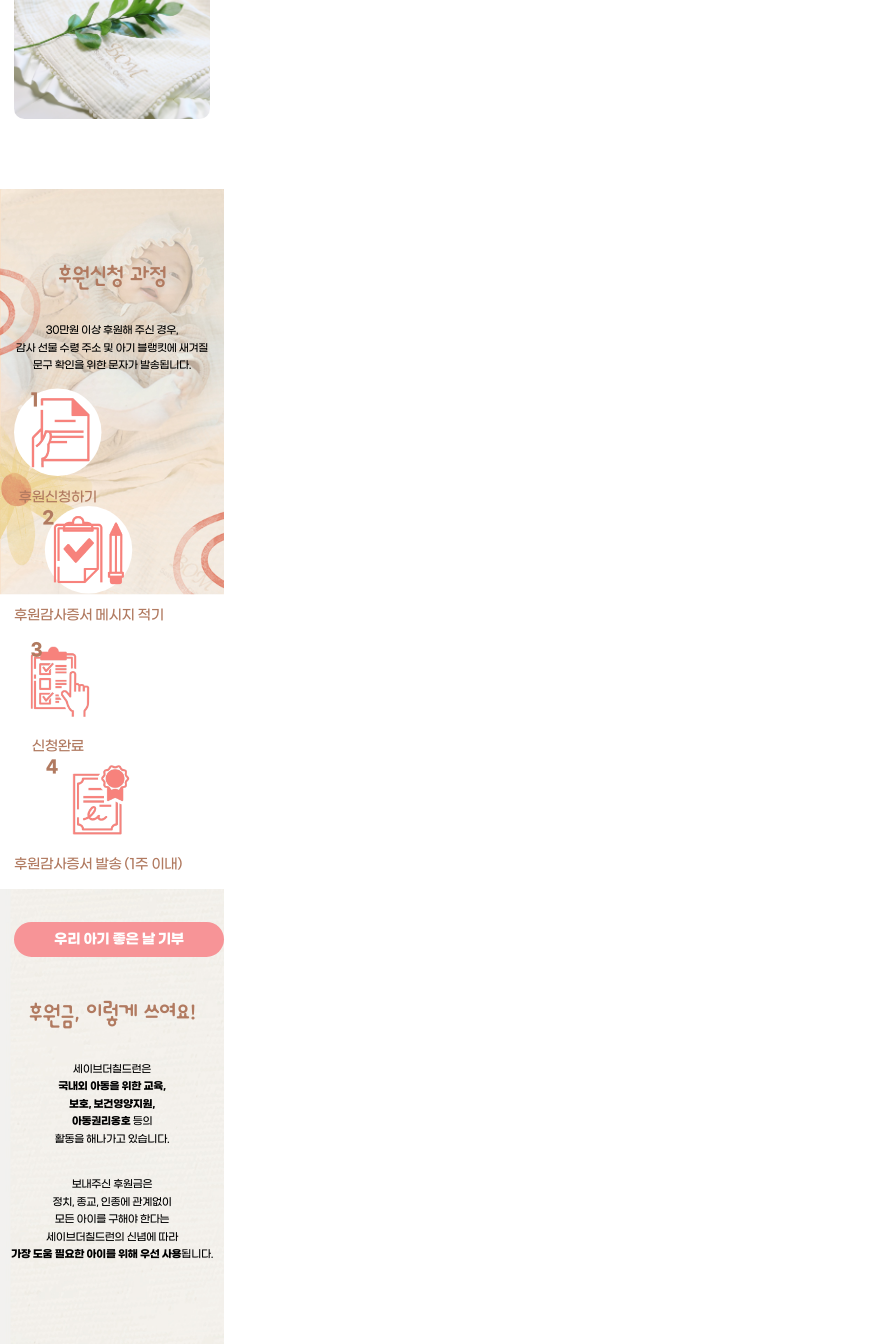
Repository: dlgywls1130/save_the_m320
Page: index.html
The author's editor kept a copy of each file at every save. The page is drawn from the files as they stood at one save, then again after the next save.
The browser window is 1280 px wide. The pictures show the part of the page from y = 4050 to 5970 px (the page is 7620 px tall), at 70% of full size.

Above is the page before, as saved 2023-12-21 01:25:32.

### index.html
<!DOCTYPE html>
<html lang="en">
<head>
    <meta charset="UTF-8">
    <meta name="viewport" content="width=device-width, initial-scale=1.0">
    <title>세이브더칠드런</title>

    <link rel="stylesheet" href="./css/reset.css">
    <link rel="stylesheet" href="./css/style.css">

</head>
<body>
    <div class="content_body">
        <section class="section_wrapper section01">
            <div class="se01 se_wrapper">
                <div class="seo01_mobile_wrapp">
                    <div class="se01_sub">
                        <div class="sub_logo">
                            <img src="./img/logo01.png" alt="logo">
                        </div>
                        <p>우리 아기 좋은 날 기부</p>
                    </div>
                    <p class="seo01_title">
                        아가야,
                    </p>
                    <p class="seo01_title_two">
                        너의 <span id="rollingText">탄생</span> 순간을 축하해!
                    </p>
                </div>
                <div class="seo01_mobile_wrapp_bottom">
                    <p class="section_descript mb-45">
                        아이의 건강과 행복을
                        <br>바라는 마음을 담아,
                        <br>탄생, 백일, 첫 걸음마, 첫돌 등
                        <br>내 아이의 소중한 순간을
                        <br>기부로 기념해보세요.
                        <br>함께 자라나는 다른 아이들
                        <br>에게도 큰 축복이 됩니다..
                    </p>

                    <a class="donation_link" href="javascript:void(0)">우리 아기 좋은 날 기부</a>
                </div>

            </div>
        </section>
        <section class="section_wrapper section02">
            <div class="se02 se_wrapper">
                <div class="postit_wrapper">
                    <div class="postit postit01">
                        <p>우리 아들 우현이의<br>
                        200일을 축하해.<br>
                        <span>건강하게 자라줘서 고마워 <img src="./img/heart.png"></span>
                        늘 사랑받고 받은 사랑만큼<br>
                        베풀 수 있는 건강하고<br>
                        멋진 아들이 되길 바래!</p>
                    </div>
                    <div class="postit postit02">
                        <p>우리 새로아<Br>
                        백일 동안 무럭무럭 자라줘서<Br>
                        고마워~앞으로도 건강하고<Br>
                        우리 같이 재미있게 많이 놀자.<Br>
                        엄마,아빠가 많이 사랑해.</p>
                    </div>

                    <div class="postit postit05">
                        <p>사랑하는 도현이의<br>
                        첫 어린이날과 첫돌을<br>
                        기념하며, <br>
                        이웃을 사랑하는<br>
                        멋진 사람으로 자라길</p>

                    </div>
                    <!-- <div class="postit postit04">
                        <p>보미야<br>
                        첫 번째 생일 축하해<br>
                        너의 존재가 온 세상에<br>
                        봄이길 바랄게!   </p>
                    </div> -->

                    <!-- <div class="postit postit03">
                        <p>서진아<br>
                        우리에게 와줘서 고마워<br>
                        건강하고 행복하게 자라렴.<br>
                        사랑해♡      </p>
                    </div> -->

                </div>

            </div>
        </section>
        <section class="section_wrapper section03">
            <div class="se_wrapper se03">
                <div class="se_title_co">
                    아기의 좋은 날을<br> 기념해 주신 모든 분들께
                    <br>후원감사증서를 <br> 보내드립니다.
                </div>
                <div class="se_sub_co">
                    후원감사증서는<Br> 아기에게 남기고 싶은 메시지와 아기의 좋은 날이 담긴 사진을<br> 보관할 수 있도록
                    만들어드립니다.<br> 먼 훗날, 아기가 성장해 읽게 될 날을 그리며 편지를 써보세요.
                </div>
            </div>

        </section>
        <section class="section_wrapper section04">
            <div class="se_wrapper se04">
                <div class="se_title_co">
                    이름 자수 순면거즈블랭킷
                </div>
                <div class="se_sub_co">
                    30만원 이상 후원하신 분들께는<br> 순면 거즈 아기 블랭킷(90*110)에
                    <Br>원하시는 이름(영문)을<br> 예쁘게 수놓아 드립니다.
                </div>

                <div class="se04_slide mt-85">
                    <div class="se04_slide_list">
                        <img src="./img/slide03.jpg">
                    </div>
                    <div class="se04_slide_list">
                        <img src="./img/slide02.jpg">
                    </div>
                    <div class="se04_slide_list">
                        <img src="./img/slide01.jpg">
                    </div>
                </div>
            </div>
        </section>
        <section class="section_wrapper section05">
            <div class="se_wrapper se05">
                <div class="se_title_co">
                    후원신청 과정
                </div>


                <div class="se_sub_co">
                    30만원 이상 후원해 주신 경우,
                    <br>감사 선물 수령 주소 및 아기 블랭킷에 새겨질 문구 확인을 위한 문자가 발송됩니다.
                </div>

                <div class="se_step_list">
                    <div class="se_step">
                        <p class="step_number">1</p>
                        <div class="step_ico">
                            <img src="./img/icon01.png" alt="img">
                        </div>
                        <p class="step_descript">
                            후원신청하기
                        </p>
                    </div>
                    <div class="se_step">
                        <p class="step_number">2</p>
                        <div class="step_ico">
                            <img src="./img/icon02.png" alt="img">
                        </div>
                        <p class="step_descript">
                            후원감사증서
                            메시지 적기
                        </p>
                    </div>
                </div>
                <div class="se_step_list">
                    <div class="se_step">
                        <p class="step_number">3</p>
                        <div class="step_ico">
                            <img src="./img/icon03.png" alt="img">
                        </div>
                        <p class="step_descript">
                            신청완료
                        </p>
                    </div>
                    <div class="se_step">
                        <p class="step_number">4</p>
                        <div class="step_ico">
                            <img src="./img/icon04.png" alt="img">
                        </div>
                        <p class="step_descript">
                            후원감사증서 발송
                            (1주 이내)
                        </p>
                    </div>
                </div>


                <a class="donation_link" href="javascript:void(0)">우리 아기 좋은 날 기부</a>
            </div>

        </section>
        <section class="section_wrapper section06">
            <div class="se_wrapper se06">
                <div class="se_title_co">
                    후원금, 이렇게 쓰여요!
                </div>
                <div class="se_sub_co">
                    세이브더칠드런은 <Br><span>국내외 아동을 위한 교육,
                    <Br>보호, 보건영양지원,<Br> 아동권리옹호</span> 등의<Br> 활동을 해나가고 있습니다.
                </div>
                <div class="se_sub_co">
                    보내주신 후원금은<Br> 정치, 종교, 인종에 관계없이<Br> 모든 아이를 구해야 한다는
                    <Br>세이브더칠드런의 신념에 따라 <Br><span>가장 도움 필요한 아이를 위해 우선 사용</span>됩니다.
                </div>
            </div>

        </section>
        <section class="section_wrapper section07">
            <div class="se_wrapper se07">
                <div class="se_title_co">
                    FAQ
                </div>
                <div class="accordion">
                    <div class="accordion-item">
                        <h3 class="title">
                            <span>1. 30만원 이상 후원했습니다. <br>거즈 순면 블랭킷은 언제 오나요?</span>
                            <img src="./img/top.png">
                        </h3>
                        <p class="paragraph">
                            우리아기 축하기부로 30만원 이상 후원자님들께는 담요에 수놓을 아기 이름과
                            선물 수령 주소 확인을 위한 문자가 발송됩니다.
                            02-6900-4479로 발송되는 문자 속 설문조사에 답해주세요.
                            확인을 완료하신 분들께는 블랭킷 제작을 담당하고 있는 조니 스튜디오에서
                            아기 이름 자수 작업 완료 후 배송해 드립니다.

                        </p>
                    </div>
                    <div class="accordion-item">
                        <h3 class="title">
                            <span>2. 거즈 순면 블랭킷, 안전한 제품인가요?</span>
                            <img src="./img/top.png">
                        </h3>
                        <p class="paragraph">
                            본 블랭킷은 워싱된 3중 거즈로 제작되었으며, KC안전검사를 완료하였습니다.
                            소재 특성상 섬유 조각이 발생할 수 있어 망에 넣지 않고 3번 정도 물빨래 하시는 것을 권장합니다.

                        </p>
                    </div>
                    <div class="accordion-item">
                        <h3 class="title">
                            <span>3. 거즈 순면 블랭킷을 받았는 데 하자가 있어요. <Br>어떻게 해야 하나요? </span>
                            <img src="./img/top.png">
                        </h3>
                        <p class="paragraph">
                            070-4220-4123 (조니스튜디오 CS)로 전화 연락 부탁드립니다. 하자 물품에 대한 교환은 수령일로부터 7일 이내에 조니스튜디오에 연락해주셔야 하며, 이로 인한 후원금 환불은 어렵습니다.
                        </p>
                    </div>
                    <div class="accordion-item">
                        <h3 class="title">
                            <span>4. 후원감사증서에 넣을 수 있는 사진 사이즈는 <Br>얼마인가요?</span>
                            <img src="./img/top.png">
                        </h3>
                        <p class="paragraph">
                            사진 인화 사이즈 5*7 인치에 맞추어서 제작되었습니다.  그보다 작은 사진일 경우, 후원감사증서
                            내부의 주머니에 넣어 보관하실 수도  있습니다.

                        </p>
                    </div>
                </div>
            </div>

        </section>
        <section class="section_wrapper section08">
            <div class="se_wrapper se08">
                <div class="se08_postion">
                    <p class="se08_title">우리 아기 좋은 날 기부</p>
                    <p class="se08_descript">
                        탄생, 백일, 첫 걸음마, 첫돌...
                        <br>소중한 우리 아기의 성장을 기념해 보세요!
                        <br>아기의 좋은 날이 모여 세상의 행복이 됩니다.
                    </p>
                    <a href="javascript:void(0)" class="more_btn">
                        <p>자세히보기</p>
                        <svg xmlns="http://www.w3.org/2000/svg" width="16" height="16" fill="currentColor" class="bi bi-chevron-right" viewBox="0 0 16 16">
                            <path fill-rule="evenodd" d="M4.646 1.646a.5.5 0 0 1 .708 0l6 6a.5.5 0 0 1 0 .708l-6 6a.5.5 0 0 1-.708-.708L10.293 8 4.646 2.354a.5.5 0 0 1 0-.708z"/>
                        </svg>
                    </a>
                </div>

            </div>
        </section>
    </div>

    <script src="https://ajax.googleapis.com/ajax/libs/jquery/1.12.4/jquery.min.js"></script>
    <script src="./js/main.js"></script>
</body>
</html>

### css/reset.css


html, body, div, span, applet, object, iframe,
h1, h2, h3, h4, h5, h6, p, blockquote, pre,
a, abbr, acronym, address, big, cite, code,
del, dfn, em, img, ins, kbd, q, s, samp,
small, strike, strong, sub, sup, tt, var,
b, u, i, center,
dl, dt, dd, ol, ul, li,
fieldset, form, label, legend,
table, caption, tbody, tfoot, thead, tr, th, td,
article, aside, canvas, details, embed,
figure, figcaption, footer, header, hgroup,
menu, nav, output, ruby, section, summary,
time, mark, audio, video {
	margin: 0;
	padding: 0;
	border: 0;
	font-size: 100%;
	font: inherit;
	vertical-align: baseline;
}

article, aside, details, figcaption, figure,
footer, header, hgroup, menu, nav, section {
	display: block;
}
body {
	line-height: 1;
}
ol, ul {
	list-style: none;
}
blockquote, q {
	quotes: none;
}
blockquote:before, blockquote:after,
q:before, q:after {
	content: '';
	content: none;
}
table {
	border-collapse: collapse;
	border-spacing: 0;
}

Loaded but not shown: js/main.js (46 lines, source omitted); css/style.css (648 lines, source omitted)

After the next save:
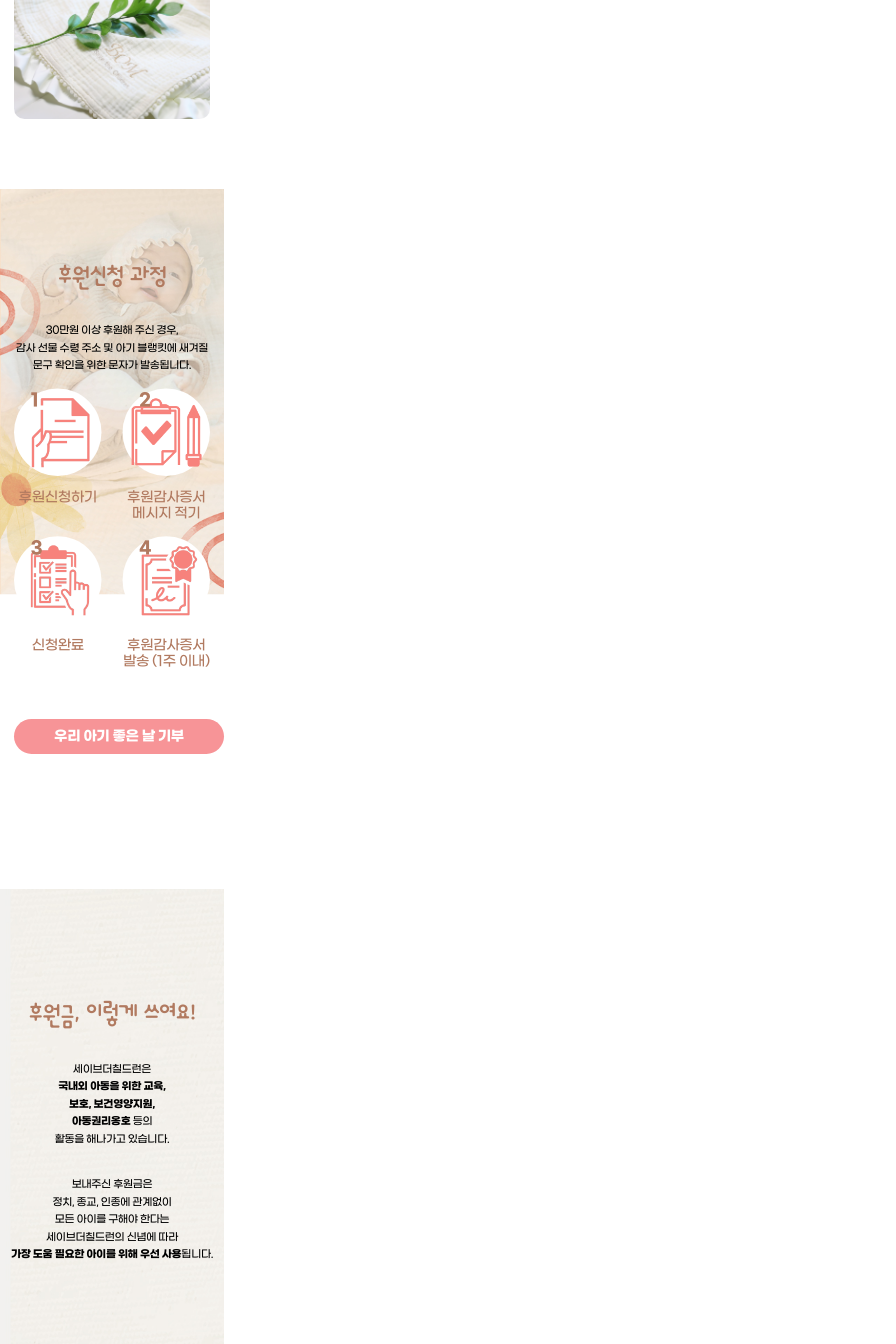
Saved 36 s later.
--- a/index.html
+++ b/index.html
@@ -153,7 +153,7 @@
                         </div>
                         <p class="step_descript">
                             후원감사증서
-                            메시지 적기
+                            <Br>메시지 적기
                         </p>
                     </div>
                 </div>
@@ -173,8 +173,7 @@
                             <img src="./img/icon04.png" alt="img">
                         </div>
                         <p class="step_descript">
-                            후원감사증서 발송
-                            (1주 이내)
+                            후원감사증서 <Br>발송 (1주 이내)
                         </p>
                     </div>
                 </div>
